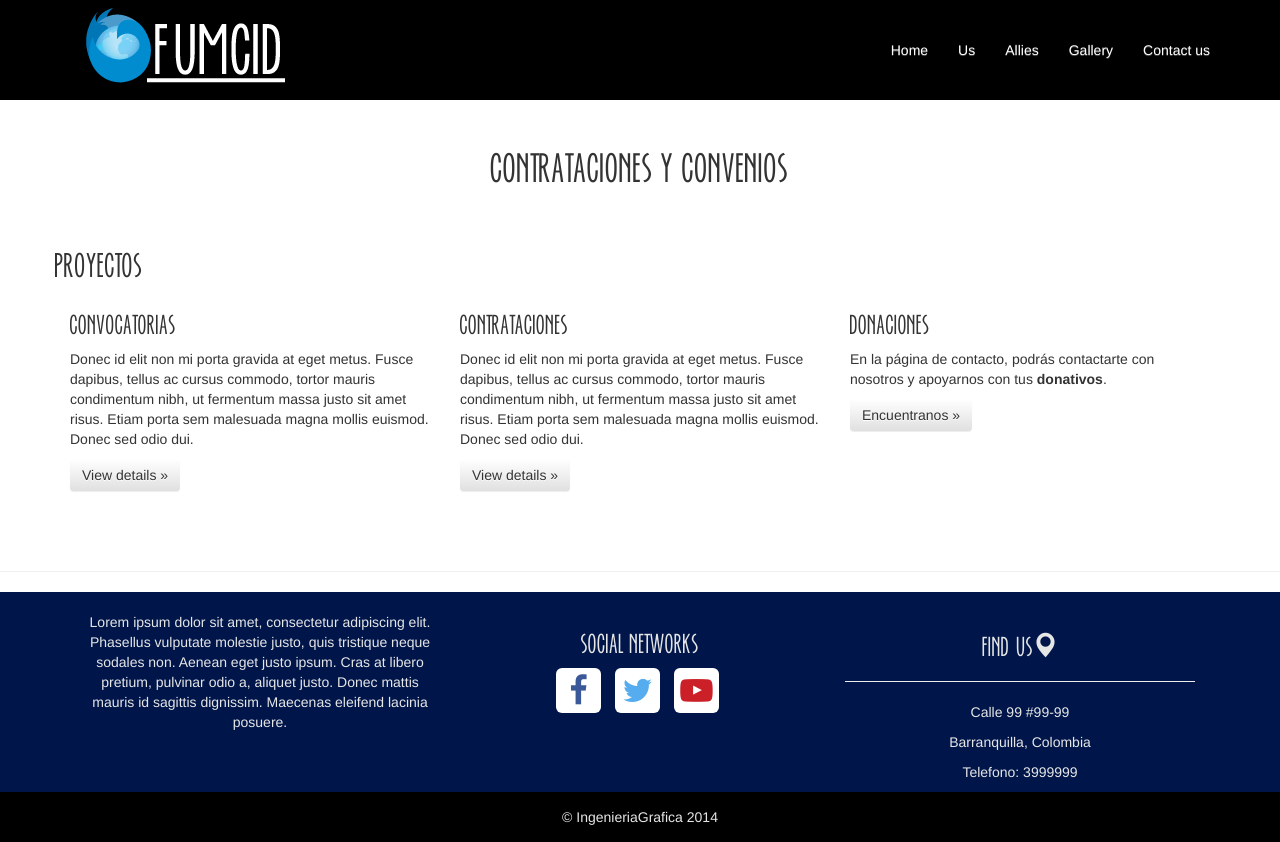
Repository: aarguelles93/Prototipo-portal-FUMCID
Page: http://localhost/contrataciones.php
The author's editor kept a record of every edit. The page is drawn from the files as they stood at one moment, then again after the next edit.
The browser window is 1280 px wide. The pictures show the whole page.
Some web libraries are served in a nearby version. The page is run by PHP 8.4 with error messages shown; the project is at /var/www/html/. Other server files are loaded and not shown.

Above is the page before.

### contrataciones.php
<?php $active_page = 99; //!!! ?>
<!DOCTYPE html>
<!--[if lt IE 7]>      <html class="no-js lt-ie9 lt-ie8 lt-ie7"> <![endif]-->
<!--[if IE 7]>         <html class="no-js lt-ie9 lt-ie8"> <![endif]-->
<!--[if IE 8]>         <html class="no-js lt-ie9"> <![endif]-->
<!--[if gt IE 8]><!--> <html class="no-js"> <!--<![endif]-->
    <?php require_once('_php/templates/head.php'); ?>
    <body>
        <!--[if lt IE 7]>
            <p class="browsehappy">You are using an <strong>outdated</strong> browser. Please <a href="http://browsehappy.com/">upgrade your browser</a> to improve your experience.</p>
        <![endif]-->
    <?php require_once('_php/templates/header.php'); ?>


    <div class="container">
        <div class="content-padded">
            <h1 class="text-center">Contrataciones y convenios</h1>
        </div>
    </div>

    <div class="container container-padded">
      <!-- Example row of columns -->
      <div class="row">
        <h2>Proyectos</h2>
        <div class="col-md-4">
          <h3>Convocatorias</h3>
          <p>Donec id elit non mi porta gravida at eget metus. Fusce dapibus, tellus ac cursus commodo, tortor mauris condimentum nibh, ut fermentum massa justo sit amet risus. Etiam porta sem malesuada magna mollis euismod. Donec sed odio dui. </p>
          <p><a class="btn btn-default" href="#" role="button">View details &raquo;</a></p>
        </div>
        <div class="col-md-4">
          <h3>Contrataciones</h3>
          <p>Donec id elit non mi porta gravida at eget metus. Fusce dapibus, tellus ac cursus commodo, tortor mauris condimentum nibh, ut fermentum massa justo sit amet risus. Etiam porta sem malesuada magna mollis euismod. Donec sed odio dui. </p>
          <p><a class="btn btn-default" href="#" role="button">View details &raquo;</a></p>
       </div>
        <div class="col-md-4">
          <h3>Donaciones</h3>
          <p>En la página de contacto, podrás contactarte con nosotros y apoyarnos con tus <strong>donativos</strong>.</p>
          <p><a class="btn btn-default" href="/contactenos.php" role="button">Encuentranos &raquo;</a></p>
        </div>
      </div>
    </div> <!-- /container -->

    <hr>

    <?php
    require_once ($_SERVER['DOCUMENT_ROOT'].'/_php/templates/footer.php');
    ?>


    <script src="//ajax.googleapis.com/ajax/libs/jquery/1.11.1/jquery.js"></script>
        <script>window.jQuery || document.write('<script src="js/vendor/jquery-1.11.1.js"><\/script>')</script>

        <script src="js/vendor/bootstrap.js"></script>

        <script src="js/main.js"></script>

        <!-- Google Analytics: change UA-XXXXX-X to be your site's ID. -->
        <script>
            (function(b,o,i,l,e,r){b.GoogleAnalyticsObject=l;b[l]||(b[l]=
            function(){(b[l].q=b[l].q||[]).push(arguments)});b[l].l=+new Date;
            e=o.createElement(i);r=o.getElementsByTagName(i)[0];
            e.src='//www.google-analytics.com/analytics.js';
            r.parentNode.insertBefore(e,r)}(window,document,'script','ga'));
            ga('create','UA-XXXXX-X');ga('send','pageview');
        </script>


    </body>
</html>

### _php/templates/head.php
<?php
session_start();
require ($_SERVER['DOCUMENT_ROOT'].'/_php/languages/langSelector.php');
?>
<head>
    <meta charset="utf-8">
    <meta http-equiv="X-UA-Compatible" content="IE=edge,chrome=1">
    <title>FUMCID
    <?php
    switch($active_page){
        case 0:
            print(' - ' . NAVBAR_HOME);
            break;
        case 1:
            print(' - ' . NAVBAR_US);
            break;
        case 2:
            print(' - ' . NAVBAR_ALLIES);
            break;
        case 3:
            print(' - ' . NAVBAR_GALLERY);
            break;
        case 4:
            print(' - ' . NAVBAR_CONTACT);
            break;
        default:
            break;
    }
    ?></title>
    <meta name="description" content="">
    <meta name="viewport" content="width=device-width, initial-scale=1">
    <link rel="icon" type="image/ico" href="favicon.ico"/>

    <link rel="stylesheet" href="/css/bootstrap.css">
    <style>
        body {
            padding-top: 100px;

        }
    </style>
    <link rel="stylesheet" href="/css/bootstrap-theme.css">
    <link href="//maxcdn.bootstrapcdn.com/font-awesome/4.2.0/css/font-awesome.min.css" rel="stylesheet">
    <link rel="stylesheet" href="/css/bootstrap-social.css">
    <link rel="stylesheet" href="/css/main.css">

    <script src="/js/vendor/modernizr-2.6.2-respond-1.1.0.min.js"></script>
</head>

### _php/languages/langSelector.php
<?php
function setLanguage(){
    if (isset($_GET['lang'])){
        // Else, use the GET var for LANG, and then set the SESSION var
        if($_GET['lang']=='pt'){
            require('pt.php');
            $_SESSION['lang']='pt';
        }elseif($_GET['lang']=='es'){
            require('es.php');
            $_SESSION['lang']='es';
        }else{
            require('en.php');
            $_SESSION['lang']='en';
        }
    }
    elseif(isset($_SESSION['lang'])){
        //  First, if lang is set on a SESSION Var, use it
        if($_SESSION['lang']== 'pt'){
            require('pt.php');
        }elseif($_SESSION['lang']=='es'){
            require('es.php');
        }else{
            require('en.php');
        }
    }else{
        // If none of the above are set, work with default english lang
        require('en.php');
    }

}

setLanguage();

?>

### _php/languages/en.php
<?php
//Navbar Headers
define('NAVBAR_HOME','Home');
define('NAVBAR_US','Us');
define('NAVBAR_US_WHO','Who are we?');
define('NAVBAR_US_MISSION','Mission');
define('NAVBAR_US_VISION','Vision');
define('NAVBAR_US_OBJECTIVES','Objectives');
define('NAVBAR_ALLIES','Allies');
define('NAVBAR_GALLERY', 'Gallery');
define('NAVBAR_CONTACT', 'Contact us');

//Footer Headers
define('FOOTER_SOCIAL','Social Networks');
define('FOOTER_CONTACT','Find us');
?>

### _php/templates/header.php
<div class="navbar navbar-custom navbar-fixed-top" role="navigation">
  <div class="container">
    <div class="navbar-header">
      <button type="button" class="navbar-toggle" data-toggle="collapse" data-target=".navbar-collapse">
        <span class="glyphicon glyphicon-list" aria-hidden="true"></span>
      </button>
      <a class="navbar-brand" href="/"><img alt="Brand" src="/img/fumcid-icon.png"></a>
    </div>
    <div  id="spyied"  class="navbar-collapse collapse">
      <ul class="nav navbar-nav navbar-right">

        <?php

        $pages[0] = '<a href="/home.php">' . NAVBAR_HOME . '</a>';
        //page1
        $pages[1]='<a href="/nosotros/" class="dropdown-toggle" data-toggle="dropdown" role="button" aria-expanded="false">' . NAVBAR_US . '</a>
          <ul class="dropdown-menu" role="menu">
            <li><a href="/nosotros.php#quienes" data-target="#quienes">' . NAVBAR_US_WHO . '</a></li>
            <li><a href="/nosotros.php#mision" data-target="#mision">'. NAVBAR_US_MISSION .'</a></li>
            <li><a href="/nosotros.php#vision" data-target="#vision">'. NAVBAR_US_VISION .'</a></li>
          </ul>';
        $pages[2] = '<a href="/aliados.php">'.NAVBAR_ALLIES.'</a>';
        $pages[3] = '<a href="/galeria.php">'.NAVBAR_GALLERY.'</a>';
        $pages[4] = '<a href="/contactenos.php">'.NAVBAR_CONTACT.'</a>';

        $count = 0;
        foreach($pages as $page=>$content){
            if($count == 1){
                //en caso que $page sea la pag con dropdown
                $li_str = '<li class="dropdown">';
                if($page == $active_page){
                    $li_str = '<li class="dropdown active">';
                }
            }else{
                //en caso de que $page sea cualquier otra pag
                $li_str = '<li>';
                if($page == $active_page){
                    $li_str = '<li class="active">';
                }
            }
            $li_str .= $content.'</li>';
            print($li_str);

            //$count -> Indice de página actual. Sirve para identificar el dropdown
            $count = $count + 1;
        }
        ?>

      </ul>
    </div><!--/.navbar-collapse -->
  </div>
</div>

### _php/templates/footer.php

<footer class="text-center">
  <div class="footer-above">
    <div class="container">
      <div class="col-md-4">
        <p>Lorem ipsum dolor sit amet, consectetur adipiscing elit. Phasellus vulputate molestie justo, quis tristique neque sodales non. Aenean eget justo ipsum. Cras at libero pretium, pulvinar odio a, aliquet justo. Donec mattis mauris id sagittis dignissim. Maecenas eleifend lacinia posuere. </p>
      </div>
      <div class="col-md-4">
        <h3><?php print(FOOTER_SOCIAL); ?></h3>
        <ul class="list-inline">
          <li><a class="btn btn-social-icon btn-lg btn-facebook" href="https://www.facebook.com/fumcid" target="_blank"><i class="fa fa-facebook"></i></a></li>
          <li><a class="btn btn-social-icon btn-lg btn-twitter" href="https://twitter.com/fumcidongd" target="_blank"><i class="fa fa-twitter"></i></a></li>
          <li><a class="btn btn-social-icon btn-lg btn-pinterest"><i class="fa fa-youtube-play"></i></a></li>
        </ul>
      </div>
      <div class="col-md-4">
        <h3><?php print(FOOTER_CONTACT) ?><span class="glyphicon glyphicon-map-marker" aria-hidden="true"></span></h3>
        <hr>
        <p>Calle 99 #99-99</p>
        <p>Barranquilla, Colombia</p>
        <p>Telefono: 3999999</p>
      </div>
    </div>
  </div>
  <div class="footer-below">
    <p>&copy; IngenieriaGrafica 2014</p>
  </div>
</footer>

### css/main.css


/* ==========================================================================
   Author's custom styles
   ========================================================================== */
body{
   height:100%;
   position:relative;
}


@font-face {
    font-family: ever_afterregular;
    src: url("../fonts/ever_after_font/everafte-webfont.eot");
    src: url('../fonts/ever_after_font/everafte-webfont.eot?#iefix') format('embedded-opentype'),
         url('../fonts/ever_after_font/everafte-webfont.woff2') format('woff2'),
         url('../fonts/ever_after_font/everafte-webfont.woff') format('woff'),
         url('../fonts/ever_after_font/everafte-webfont.ttf') format('truetype'),
         url('../fonts/ever_after_font/everafte-webfont.svg#ever_afterregular') format('svg');

    font-weight: normal;
    font-style: normal;

}

h1, h2, h3, h4, h5, h6{
   font-family: ever_afterregular, Helvetica, Arial, sans-serif ;
   text-transform: uppercase;
}

.container-padded{
   padding-bottom:50px;
}

.navbar-custom{
   background-color:#000 !important;

   height:100px;
   padding-top:0px;
}
.navbar-brand{
   padding: 5px;
}
ul.navbar-right{
   padding-top:25px;
}
.navbar-toggle{
   background-color:#191919;
}
.navbar-collapse{
   background-color:black;
}
.navbar-custom a, .dropdown-menu > li > a{
   color: #FFF;
}
/*Navbar item seleccionado-activo*/
.navbar-custom .navbar-nav > .active {
   background-color:#008CCF ;
   border-radius:2px;
}
.navbar-custom .navbar-nav > .dropdown ul {
   background-color:#4A4B4C;
}

.nav > li > a:hover, .nav > li > a:focus, .dropdown-menu > li > a:hover,
.dropdown-menu > li > a:focus {
   background-color:#4A4A4A;
   border-radius:2px;

}

#header a{
   color:#FFFFFF;
}

/*Button properties*/
.btn-primary{
   background-color:#008CCF;
   background-image:none;
}
.btn{
   border:none;
}

#myCarousel{
   padding:0px;
}

#myCarousel img{
   width:100%;
}

.embed-responsive{
   margin-bottom: 5px;
   margin-top: 5px;
}

footer{
   background-color: #000;
   bottom:0;
   clear:both;
   min-height:250px;
   margin-bottom:-10px;

}
footer p, footer h3{
   color:#E6E6E6;
}

.footer-above{
   background-color: #00164A;
   min-height:200px;
   padding-top:20px;
}
.footer-below{
   min-height:50px;
   padding-top:15px;
}
.btn-twitter, .btn-facebook, .btn-pinterest{
   background-color: white;
}
.btn-facebook:hover{
   background-color: #3B5998;
}
.btn-twitter{
   color: #55ACEE;
}
.btn-facebook{
   color: #3B5998;
}
.btn-pinterest{
   color: #CB2027;
}
/* Aliados */

/* Nosotros */
.content-padded{
   padding-top:30px;
   padding-bottom:30px;
}
.nosotros-padded{
   padding-top:80px;
   padding-bottom:0px;
}
/* Contactenos */
#contactos{
   padding-top:20px;
   padding-bottom:20px;
   min-height:240px;
}
#contact-container{
   padding:40px 0px;
}
#contact-container button{
   padding:10px 30px;
}
textarea{
   resize:none;
}
#map-container{
   height: 100%;
}
#map-canvas{
 min-height:300px;
 height:100% !important;
}

Loaded but not shown: css/bootstrap.css (library); css/bootstrap-theme.css (library); css/bootstrap-social.css (library); js/main.js (no stored copy; drawn as an empty file)

After the next edit:
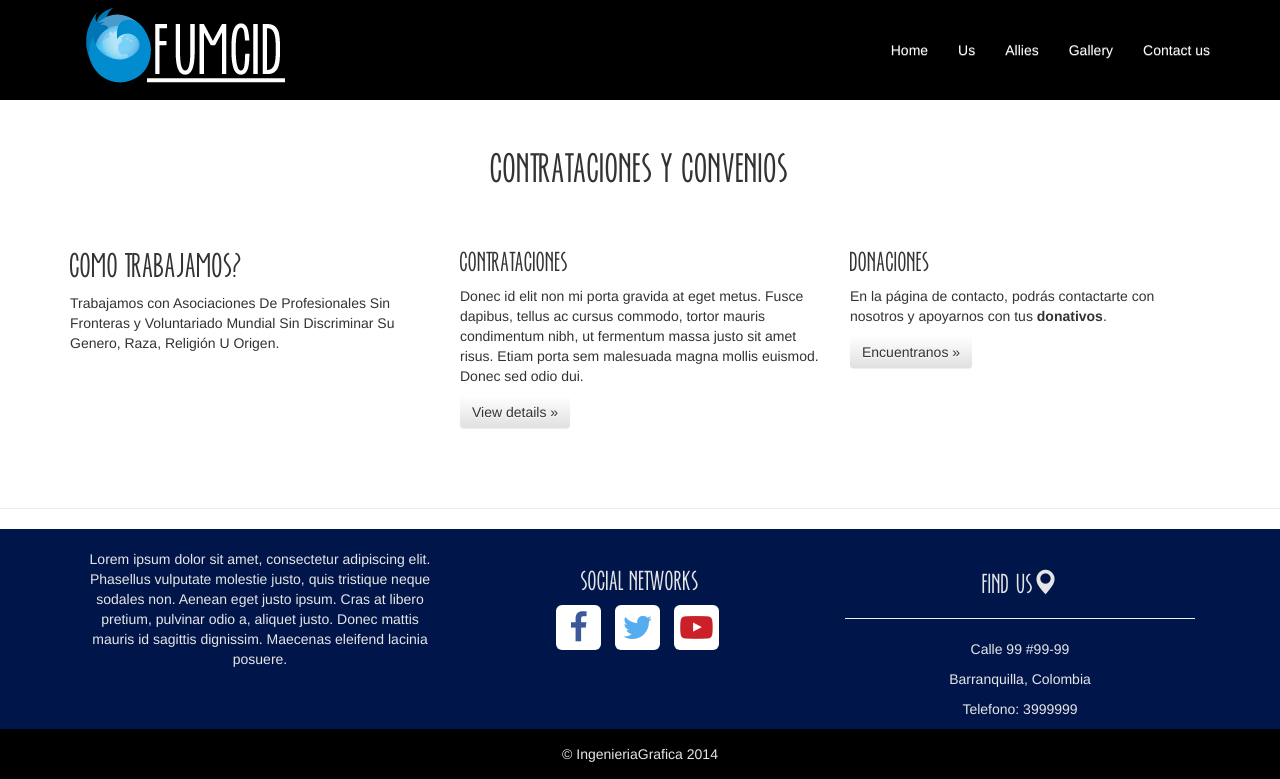
The edit:
--- a/contrataciones.php
+++ b/contrataciones.php
@@ -21,11 +21,9 @@
     <div class="container container-padded">
       <!-- Example row of columns -->
       <div class="row">
-        <h2>Proyectos</h2>
         <div class="col-md-4">
-          <h3>Convocatorias</h3>
-          <p>Donec id elit non mi porta gravida at eget metus. Fusce dapibus, tellus ac cursus commodo, tortor mauris condimentum nibh, ut fermentum massa justo sit amet risus. Etiam porta sem malesuada magna mollis euismod. Donec sed odio dui. </p>
-          <p><a class="btn btn-default" href="#" role="button">View details &raquo;</a></p>
+          <h2>Como trabajamos?</h2>
+          <p>Trabajamos con Asociaciones De Profesionales Sin Fronteras y  Voluntariado Mundial Sin Discriminar Su Genero, Raza, Religión U Origen.</p>
         </div>
         <div class="col-md-4">
           <h3>Contrataciones</h3>
